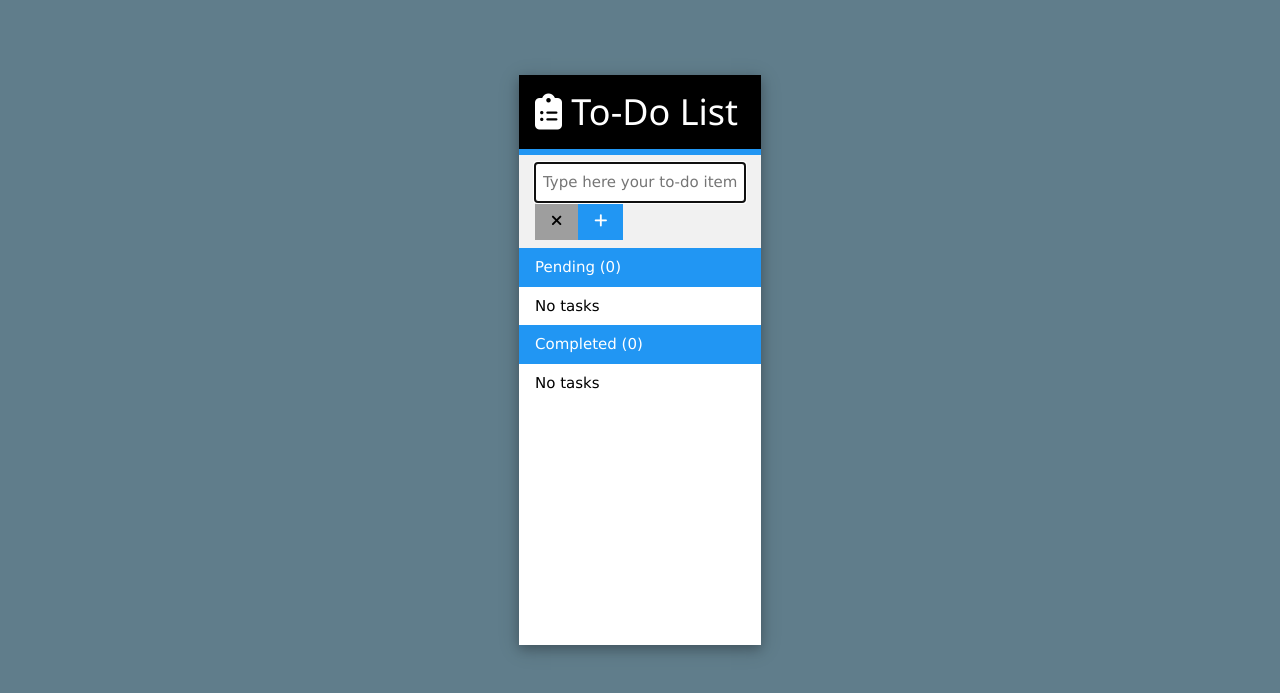
Repository: bclover/vue3-design-patterns-book
Page: /
An editor plug-in stored every save of this project. The page is shown before and after the next save, followed by the edit.
The browser window is 1280 px wide. The pictures show the whole page.
The project was rebuilt for these pictures with package versions that can differ from the ones it lists, and the page was loaded fresh each time. Also part of the build but not shown: vite.config.ts.

Above is the page before, as saved 2023-06-19 22:24:07.

After the next save:
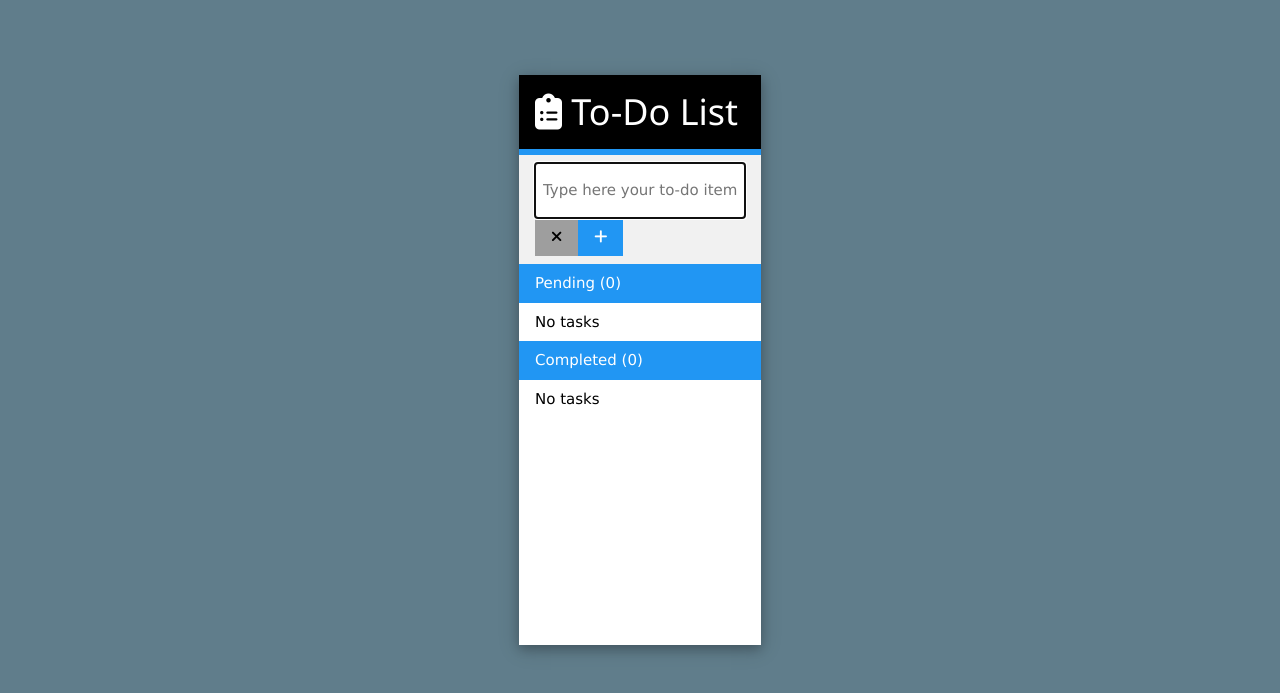
Saved 47 s later.
--- a/src/components/ToDos.vue
+++ b/src/components/ToDos.vue
@@ -42,7 +42,7 @@
     <!-- Remove & Add Buttons -->
     <div class="w3-container flex-container w3-light-gray w3-padding">
       <input
-        class="w3-input w3-border-0"
+        class="w3-input w3-border-0 w3-padding-16"
         type="text"
         autofocus
         v-model="_todo_text"

After the save that followed:
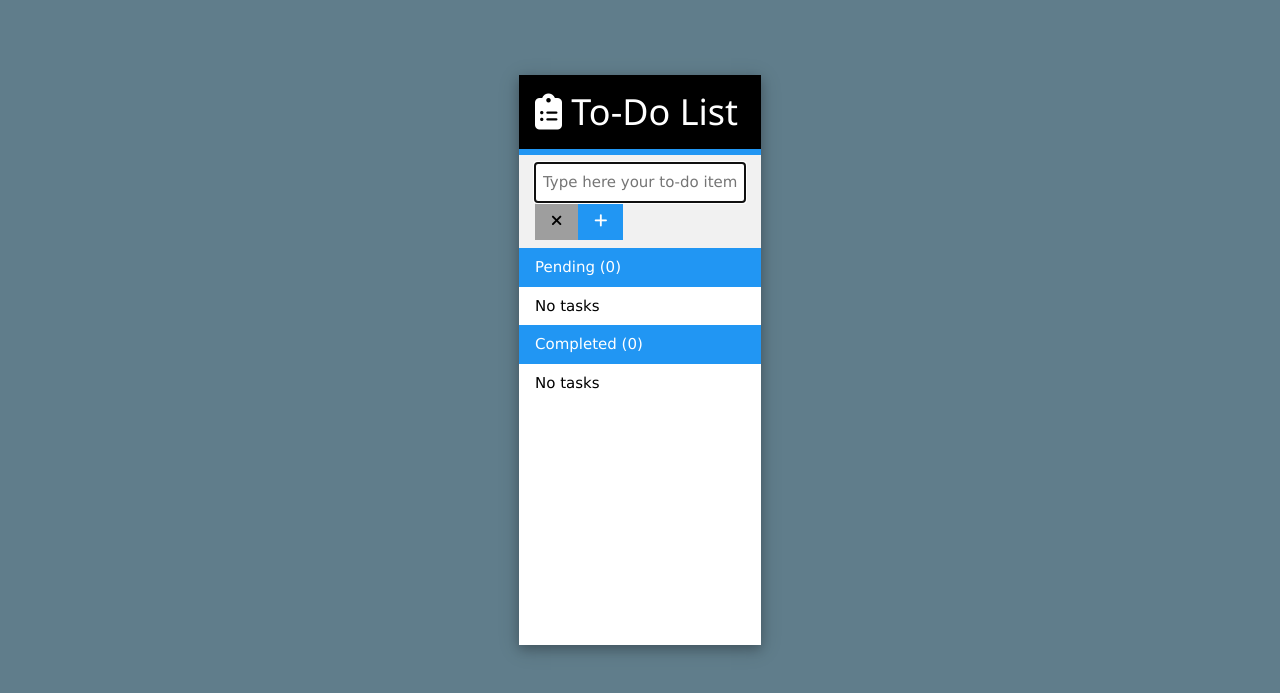
Saved 77 s later.
--- a/src/components/ToDos.vue
+++ b/src/components/ToDos.vue
@@ -42,19 +42,21 @@
     <!-- Remove & Add Buttons -->
     <div class="w3-container flex-container w3-light-gray w3-padding">
       <input
-        class="w3-input w3-border-0 w3-padding-16"
+        class="w3-input w3-border-0"
         type="text"
         autofocus
         v-model="_todo_text"
         @keyup.enter="addToDo()"
         placeholder="Type here your to-do item..."
       />
-      <button class="w3-button w3-gray" @click="clearToDo()">
-        <i class="fa-solid fa-times"></i>
-      </button>
-      <button class="w3-button w3-blue" @click="addToDo()">
-        <i class="fa-solid fa-plus"></i>
-      </button>
+      <div class="w3-padding-8">
+        <button class="w3-button w3-gray" @click="clearToDo()">
+          <i class="fa-solid fa-times"></i>
+        </button>
+        <button class="w3-button w3-blue" @click="addToDo()">
+          <i class="fa-solid fa-plus"></i>
+        </button>
+      </div>
     </div>
 
     <!-- Pending Todos Heading -->
